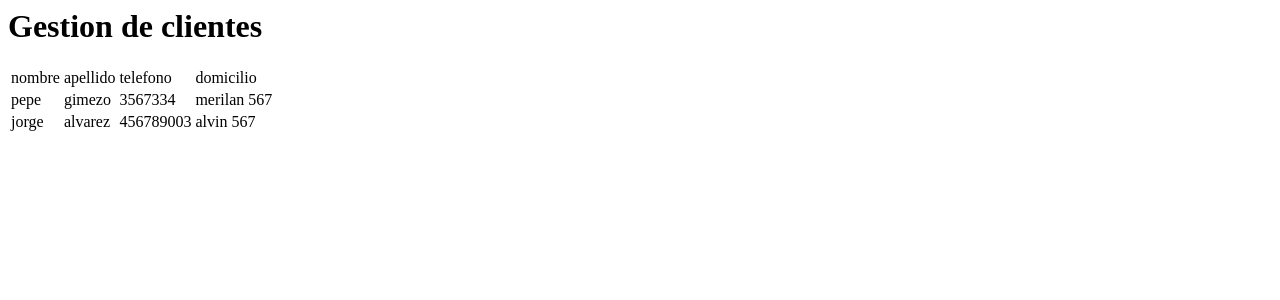
Repository: geraldine-ventura/Practicando.net
Page: index 2.html
These files come from the project's save history. The page is drawn as it stood at one moment and after the next save; the edit follows.
The browser window is 1280 px wide. The pictures show the whole page.

Above is the page before, as saved 2022-12-20 11:08:24.

### index 2.html
<h1>Gestion de clientes</h1>
<table id= "customerts">
    <tr>
        <td>nombre</td>
        <td>apellido</td>
        <td>telefono</td>
        <td>domicilio</td>
    </tr>
    <tr>
        <td>pepe</td>
        <td>gimezo</td>
        <td>3567334</td>
        <td>merilan 567</td>
    </tr>
    <tr>
        <td>jorge</td>
        <td>alvarez</td>
        <td>456789003</td>
        <td>alvin 567</td>
    </tr>
</table>

<style>
    #customers {
      font-family: Arial, Helvetica, sans-serif;
      border-collapse: collapse;
      width: 100%;
    }

    #customers td, #customers th {
      border: 1px solid #ddd;
      padding: 8px;
    }

    #customers tr:nth-child(even){background-color: #f2f2f2;}

    #customers tr:hover {background-color: #ddd;}

    #customers th {
      padding-top: 12px;
      padding-bottom: 12px;
      text-align: left;
      background-color: #04AA6D;
      color: white;
    }
    </style>

After the next save:
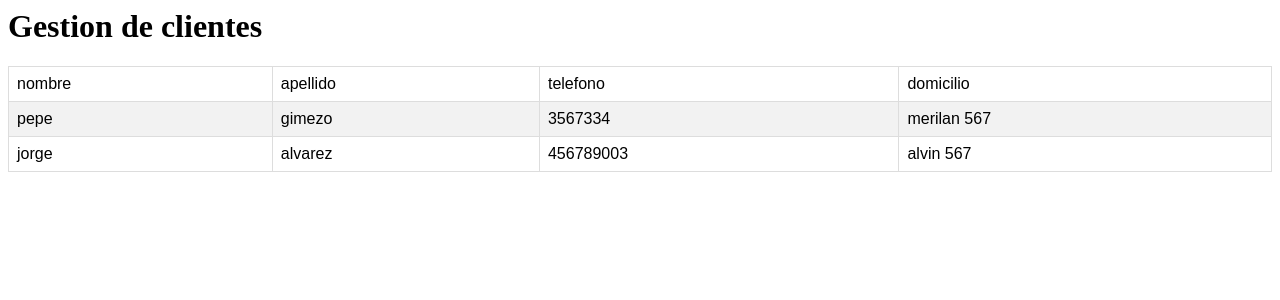
Saved 16 s later.
--- a/index 2.html
+++ b/index 2.html
@@ -1,5 +1,5 @@
 <h1>Gestion de clientes</h1>
-<table id= "customerts">
+<table id= "customers">
     <tr>
         <td>nombre</td>
         <td>apellido</td>
